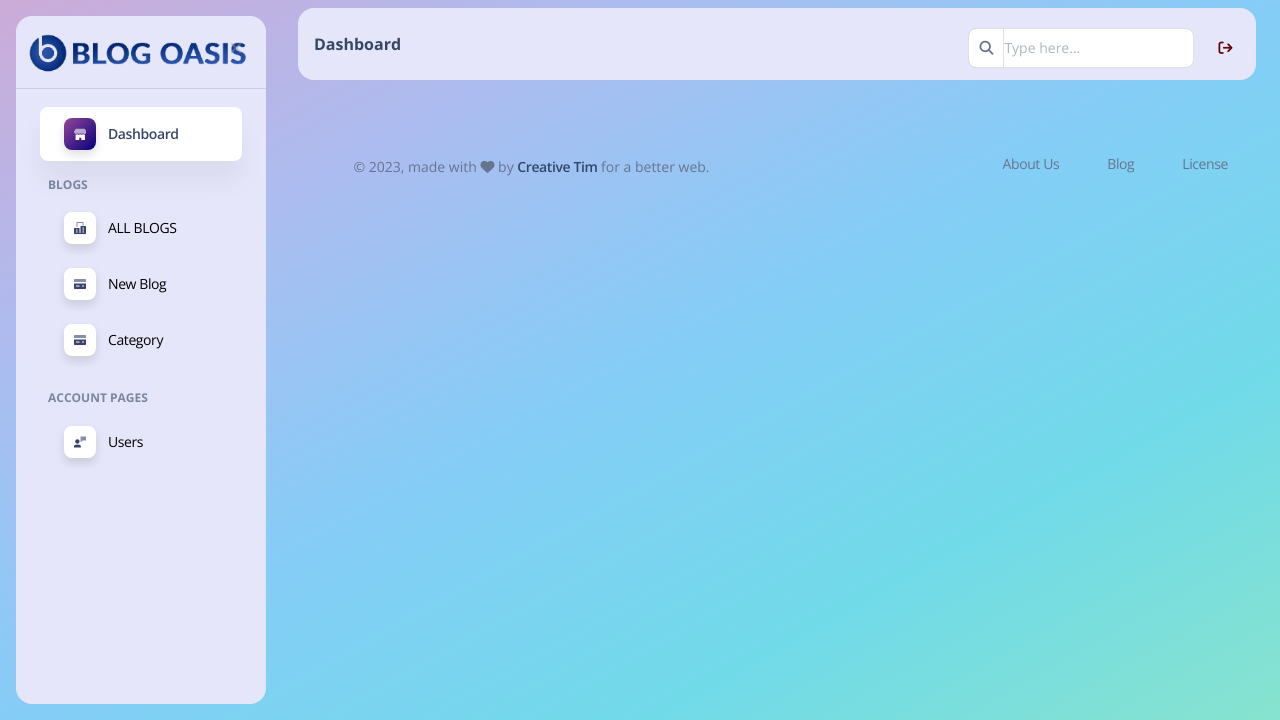
Repository: jigar-64/BlogOasis
Page: http://localhost/blogoasis/admin/index.php
The author's editor kept a copy of each file at every save. The page is drawn from the files as they stood at one save, then again after the next save.
The browser window is 1280 px wide. The pictures show the whole page.
Some web libraries are served in a nearby version. The page is run by PHP 8.4 with error messages shown; the project is at /var/www/html/. The session is filled in as if someone had signed in: {"user_id": 1, "user_role": "admin"}.

Above is the page before, as saved 2023-08-13 12:29:54.

After the next save:
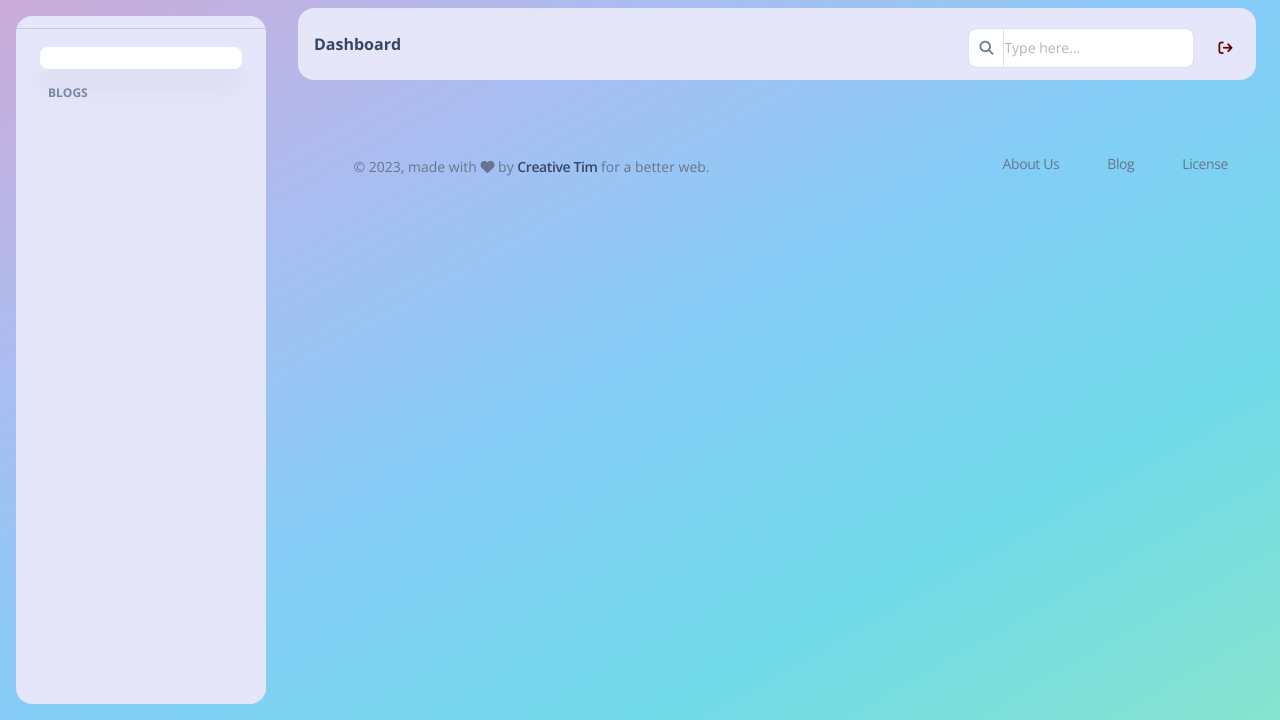
Console error: TypeError: Cannot read properties of null (reading 'addEventListener')
Saved 3 min 13 s later.
--- a/BlogOasis API/admin/index.php
+++ b/BlogOasis API/admin/index.php
@@ -41,7 +41,7 @@
 
   <body class="m-0 font-sans text-base antialiased font-normal leading-default bg-body text-slate-500">
     <!-- sidenav  -->
-    <aside class="max-w-62.5 ease-nav-brand z-990 fixed inset-y-0 my-3 ml-4 block w-full -translate-x-full flex-wrap items-center justify-between overflow-y-auto rounded-2xl border-0  p-0 antialiased shadow-none transition-transform duration-200 xl:left-0 xl:translate-x-0 navColor">
+    <!-- <aside class="max-w-62.5 ease-nav-brand z-990 fixed inset-y-0 my-3 ml-4 block w-full -translate-x-full flex-wrap items-center justify-between overflow-y-auto rounded-2xl border-0  p-0 antialiased shadow-none transition-transform duration-200 xl:left-0 xl:translate-x-0 navColor">
       <div class="navlogo">
         <i class="absolute top-0 right-0 hidden p-4 opacity-50 cursor-pointer fas fa-times text-slate-400 xl:hidden" sidenav-close></i>
         <a href="block px-8 py-6 m-0 text-sm whitespace-nowrap text-slate-700"><img src="assets\img\logos\logo.png" alt="LOGO" class="inline h-full max-w-full transition-all duration-200 ease-nav-brand max-h-8"></a>
@@ -177,7 +177,67 @@
       </div>
 
 
-    </aside>
+    </aside> -->
+    <aside class="max-w-62.5 ease-nav-brand z-990 fixed inset-y-0 my-3 ml-4 block w-full -translate-x-full flex-wrap items-center justify-between overflow-y-auto rounded-2xl border-0 p-0 antialiased shadow-none transition-transform duration-200 xl:left-0 xl:translate-x-0 navColor">
+    <div class="navlogo">
+        <!-- Logo and close button code -->
+    </div>
+
+    <hr class="h-px mt-0 bg-transparent bg-gradient-to-r from-transparent via-black/40 to-transparent" />
+
+    <div class="items-center block w-auto max-h-screen overflow-auto grow basis-full">
+        <ul class="flex flex-col pl-0 mb-0">
+            <?php if ($user_role === "admin") { ?>
+                <!-- Admin-specific links -->
+                <li class="mt-0.5 w-full">
+                    <a class="py-2.7 shadow-soft-xl text-sm ease-nav-brand my-0 mx-4 flex items-center whitespace-nowrap rounded-lg bg-white px-4 font-semibold text-slate-700 transition-colors" href="index.php">
+                        <!-- Dashboard link code -->
+                    </a>
+                </li>
+                <li class="w-full mt-3">
+                    <h6 class="pl-6 ml-2 text-xs font-bold leading-tight uppercase opacity-60">Blogs </h6>
+                </li>
+                <li class="mt-0.5 w-full">
+                    <a class="py-2.7 text-sm ease-nav-brand my-0 mx-4 flex items-center whitespace-nowrap px-4 transition-colors" href="./pages/blogs.php">
+                        <!-- All Blogs link code -->
+                    </a>
+                </li>
+                <li class="mt-0.5 w-full">
+                    <a class="py-2.7 text-sm ease-nav-brand my-0 mx-4 flex items-center whitespace-nowrap px-4 transition-colors" href="./pages/newBlog.php">
+                        <!-- New Blog link code -->
+                    </a>
+                </li>
+                <li class="mt-0.5 w-full">
+                    <a class="py-2.7 text-sm ease-nav-brand my-0 mx-4 flex items-center whitespace-nowrap px-4 transition-colors" href="./pages/Category.php">
+                        <!-- Category link code -->
+                    </a>
+                </li>
+                <!-- ... other admin-specific links ... -->
+            <?php } elseif ($user_role === "user") { ?>
+                <!-- User-specific links -->
+                <li class="mt-0.5 w-full">
+                    <a class="py-2.7 shadow-soft-xl text-sm ease-nav-brand my-0 mx-4 flex items-center whitespace-nowrap rounded-lg bg-white px-4 font-semibold text-slate-700 transition-colors" href="index.php">
+                        <!-- Dashboard link code -->
+                    </a>
+                </li>
+                <li class="w-full mt-3">
+                    <h6 class="pl-6 ml-2 text-xs font-bold leading-tight uppercase opacity-60">Blogs </h6>
+                </li>
+                <li class="mt-0.5 w-full">
+                    <a class="py-2.7 text-sm ease-nav-brand my-0 mx-4 flex items-center whitespace-nowrap px-4 transition-colors" href="./pages/blogs.php">
+                        <!-- All Blogs link code -->
+                    </a>
+                </li>
+                <li class="mt-0.5 w-full">
+                    <a class="py-2.7 text-sm ease-nav-brand my-0 mx-4 flex items-center whitespace-nowrap px-4 transition-colors" href="./pages/newBlog.php">
+                        <!-- New Blog link code -->
+                    </a>
+                </li>
+            <?php } ?>
+            <!-- ... other user-specific links ... -->
+        </ul>
+    </div>
+</aside>
 
     <!-- end sidenav -->
 
